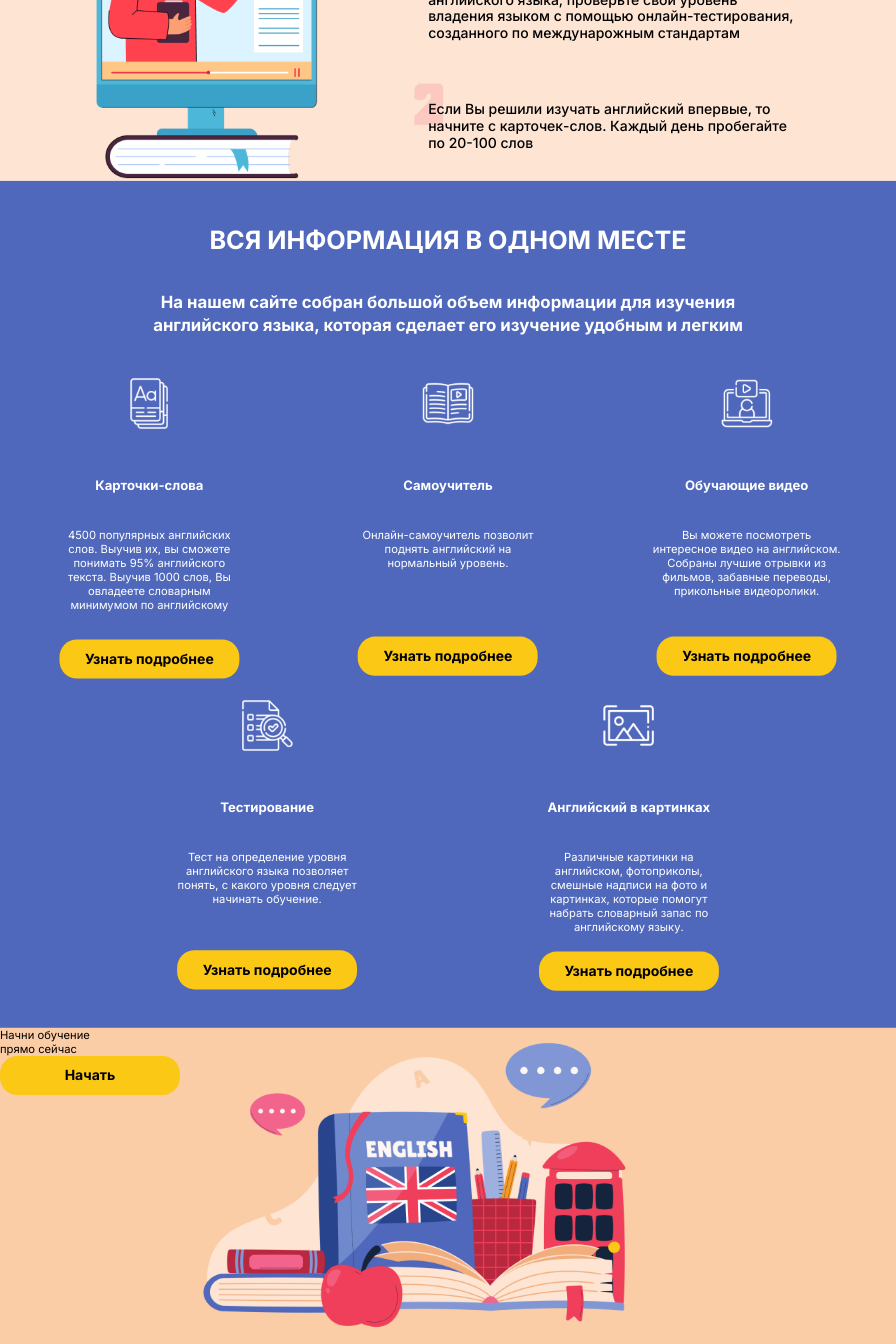
Repository: WladimirVA/Diplom
Page: scool/index.html
The author's editor kept a copy of each file at every save. The page is drawn from the files as they stood at one save, then again after the next save.
The browser window is 1280 px wide. The pictures show the part of the page from y = 1119 to 3039 px (the page is 3039 px tall), at 70% of full size.

Above is the page before, as saved 2023-07-18 17:19:11.

After the next save:
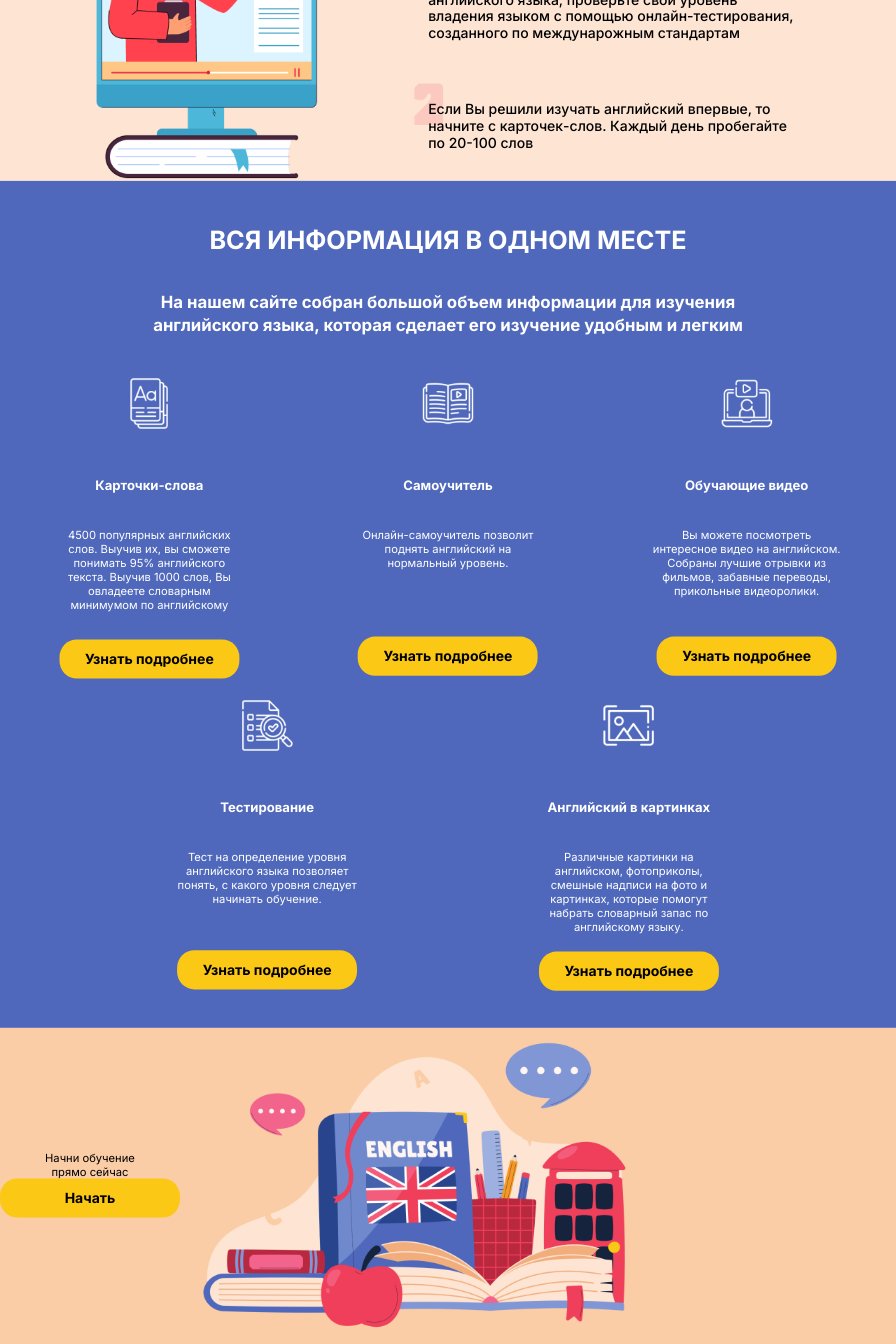
Saved 9 min 30 s later.
--- a/scool/css/index.css
+++ b/scool/css/index.css
@@ -330,3 +330,9 @@ ul.ddropdownn .ddropdownn-inside a:hover {/* Цвет фона изменитс
 .training {
     display: flex;
 }
+
+.training-inf {
+    display: block;
+    text-align: center;
+    margin-top: 175px;
+}
